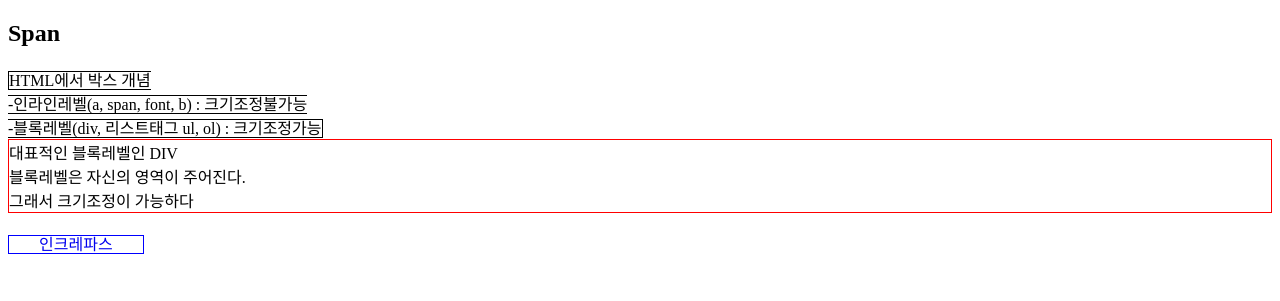
Repository: CHOKIHO/html
Page: work/0104/WebContent/ex1_박스개념.html
An editor plug-in stored every save of this project. The page is shown before and after the next save, followed by the edit.
The browser window is 1280 px wide. The pictures show the whole page.

Above is the page before, as saved 2017-01-04 03:06:34.

After the next save:
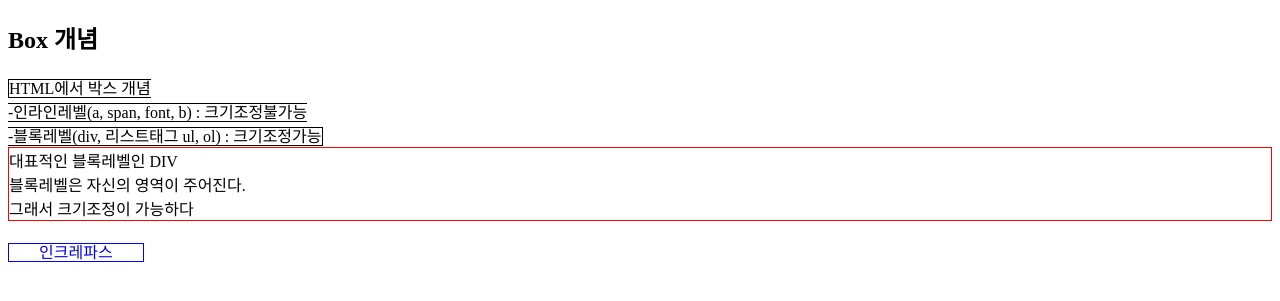
Saved 4 min 2 s later.
--- a/work/0104/WebContent/ex1_박스개념.html
+++ b/work/0104/WebContent/ex1_박스개념.html
@@ -21,7 +21,7 @@
 </head>
 <body>
 
-	<h2>Span</h2>
+	<h2>Box 개념</h2>
 	<span class="box">
 		HTML에서 박스 개념<br/>
 		-인라인레벨(a, span, font, b) : 크기조정불가능<br/>
